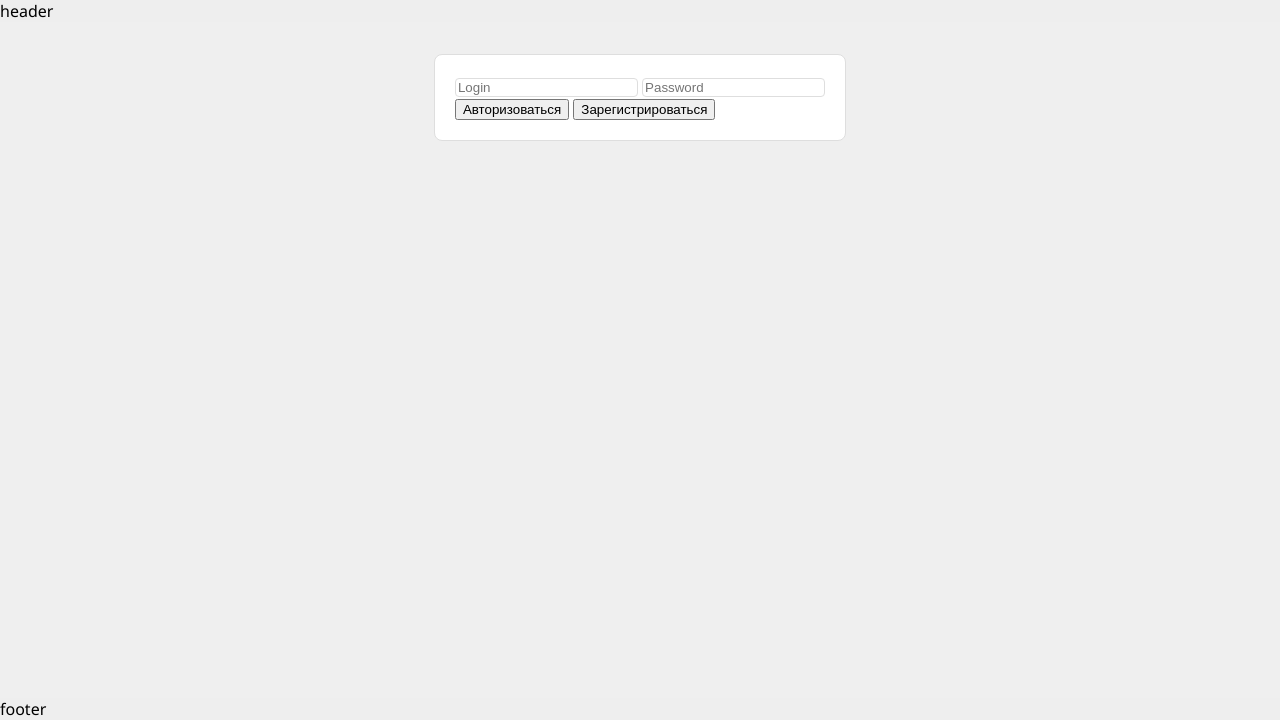
Repository: slep0y/fakeAuth
Page: index.html
The author's editor kept a copy of each file at every save. The page is drawn from the files as they stood at one save, then again after the next save.
The browser window is 1280 px wide. The pictures show the whole page.
The style sheet was rebuilt from its Sass, Less or Tailwind sources for each picture, by a compiler version that may differ from the author's.

Above is the page before, as saved 2025-01-19 18:04:35.

### index.html
<!DOCTYPE html>
<html lang="ru">
<head>
    <meta charset="UTF-8">
    <meta name="viewport" content="width=device-width, initial-scale=1.0">
    <!-- <link rel="stylesheet" href="./styles/special-style.css"> -->
    <link rel="stylesheet" href="/styles/style.css">
    <title>Document</title>
</head>
<body class="page">
    <header class="header">header</header>
    <main class="main">
        <section class="auth-section hidden">
            <div class="container">
                <div class="auth-section__inner">
                    <form action="*" class="form" id="authForm">
                        <div class="fieldgroup">
                            <input id="loginName" name="loginName" type="text" class="input" placeholder="Login">
                            <input id="loginPass" name="loginPass" type="password" class="input" placeholder="Password">
                        </div>
                        <div class="controls">
                            <button id="authButton" class="button">Авторизоваться</button>
                            <button id="regButton" class="button">Зарегистрироваться</button>
                        </div>
                    </form>
                </div>
            </div>
        </section>
        <section class="content hidden">
            <div class="container">
                <div class="content__inner">
                    <button id="exitButton" class="button">Выйти из профиля</button>
                    <h1>Приветствую</h1>
                </div>
            </div>
        </section>
    </main>
    <footer class="footer">footer</footer>

    <script src="./js/script.js"></script>
</body>
</html>

### js/script.js
let form = document.querySelector('#authForm'),
    authSection = document.querySelector('.auth-section'),
    content = document.querySelector('.content'),
    authButton = form.querySelector('#authButton'),
    regButton = form.querySelector('#regButton'),
    exitButton = document.querySelector('#exitButton'),
    loginName = form.querySelector('#loginName'),
    loginPass = form.querySelector('#loginPass');

function checkAuthData(){
    if(localStorage.getItem('authorize') && localStorage.getItem('userAuth')){
        let authName = localStorage.getItem('authorize'),
            usersBase = JSON.parse(localStorage.getItem('userAuth'));
        if(usersBase[authName]){
            content.classList.remove('hidden');
            authSection.classList.add('hidden');
            showMessage('Вы авторизованы как: ' + authName);
            cleanFields();
        }else{
            authSection.classList.remove('hidden');
            showMessage('Вы не авторизованы! Авторизуйтесь!');
        }
    }else{
        authSection.classList.remove('hidden');
        showMessage('Вы не авторизованы! Авторизуйтесь!');
    }
    cleanFields();
}

function authorize(e){
    e.preventDefault();
    let name = loginName.value,
        pass = loginPass.value;
    if(localStorage.getItem('userAuth')){
        let usersBase = JSON.parse(localStorage.getItem('userAuth'));
        if(usersBase[name] && pass == usersBase[name]['pass']){
            localStorage.setItem('authorize', name);
            checkAuthData();
        }else{
            showMessage('Неверные: Имя и Пароль');
        }
    }else{
        showMessage('Неверные: Имя и Пароль');
    }
}

function logout(e){
    e.preventDefault();
    localStorage.removeItem('authorize');
    showMessage('Вы вышли из профиля. Автризуйтесь!');
    content.classList.add('hidden');
    authSection.classList.remove('hidden');
}

function register(e){
    e.preventDefault();
    let name = loginName.value,
        pass = loginPass.value;
    if(name != '' && pass != ''){
        if(localStorage.getItem('userAuth')){
            let inBaseUserAuth = JSON.parse(localStorage.getItem('userAuth')),
                newUser = {
                    name: name,
                    pass: pass
                };
            inBaseUserAuth[name] = newUser;
            localStorage.setItem('userAuth', JSON.stringify(inBaseUserAuth));
            showMessage('Вы зарегистрированы! Авторизуйтесь!');
            cleanFields();
        }else{
            let newBaseUserAuth = {
                [name] : {
                    name: name,
                    pass: pass
                }
            };
            localStorage.setItem('userAuth', JSON.stringify(newBaseUserAuth));
            showMessage('Вы зарегистрированы! Авторизуйтесь!');
            cleanFields();
        }
    }
}

function showMessage(text){
    console.log(text);
}
function cleanFields(){
    loginName.value = '';
    loginPass.value = '';
}

checkAuthData();
authButton.onclick = authorize;
regButton.onclick = register;
exitButton.onclick = logout;

### styles/style.scss
@import "_base.scss";
@import "blocks/page/_page.scss";
@import "blocks/container/_container.scss";
@import "blocks/main/_main.scss";
@import "blocks/header/_header.scss";
@import "blocks/footer/_footer.scss";
@import "blocks/auth-section/_auth-section.scss";
@import "blocks/content/_content.scss";
@import "blocks/form/_form.scss";
@import "blocks/input/_input.scss";

### styles/_base.scss
:root{
    --segoe:'Segoe UI', Tahoma, Geneva, Verdana, sans-serif;
    --grey_lite: #dedede;
    --lite: #efefef;
}
body, html {
    margin: 0;
    padding: 0;
    height: 100%;
    font-family: var(--segoe);
}
*, *::after, *::before {
    box-sizing: border-box;
}
section{
    padding-block: 2rem;
}

### styles/blocks/page/_page.scss
.page{
    display: grid;
    grid-auto-rows: min-content auto min-content;
    background-color: var(--lite);
}

### styles/blocks/container/_container.scss
.container {
    width: 100%;
    margin-inline: auto;
    max-width: 1140px;
    padding-inline: 20px;
}

### styles/blocks/main/_main.scss
.main{

}

### styles/blocks/header/_header.scss
.header{
    background-color: #eee;
}

### styles/blocks/footer/_footer.scss
.footer{
    background-color: #eee;
}

### styles/blocks/auth-section/_auth-section.scss
.auth-section{
    display: block;
    &__inner{
        display: grid;
        justify-content: center;
    }
    &.hidden{
        display: none;
    }
}

### styles/blocks/content/_content.scss
.content{
    &.hidden{
        display: none;
    }
}

### styles/blocks/form/_form.scss
.form{
    max-width: 640px;
    display: grid;
    border: 1px solid var(--grey_lite);
    padding: 20px;
    border-radius: 8px;
    background-color: #fff;
    &.hidden{
        display: none;
    }
}

### styles/blocks/input/_input.scss
.input{
    border: 1px solid var(--grey_lite);
    border-radius: 4px;
}

After the next save:
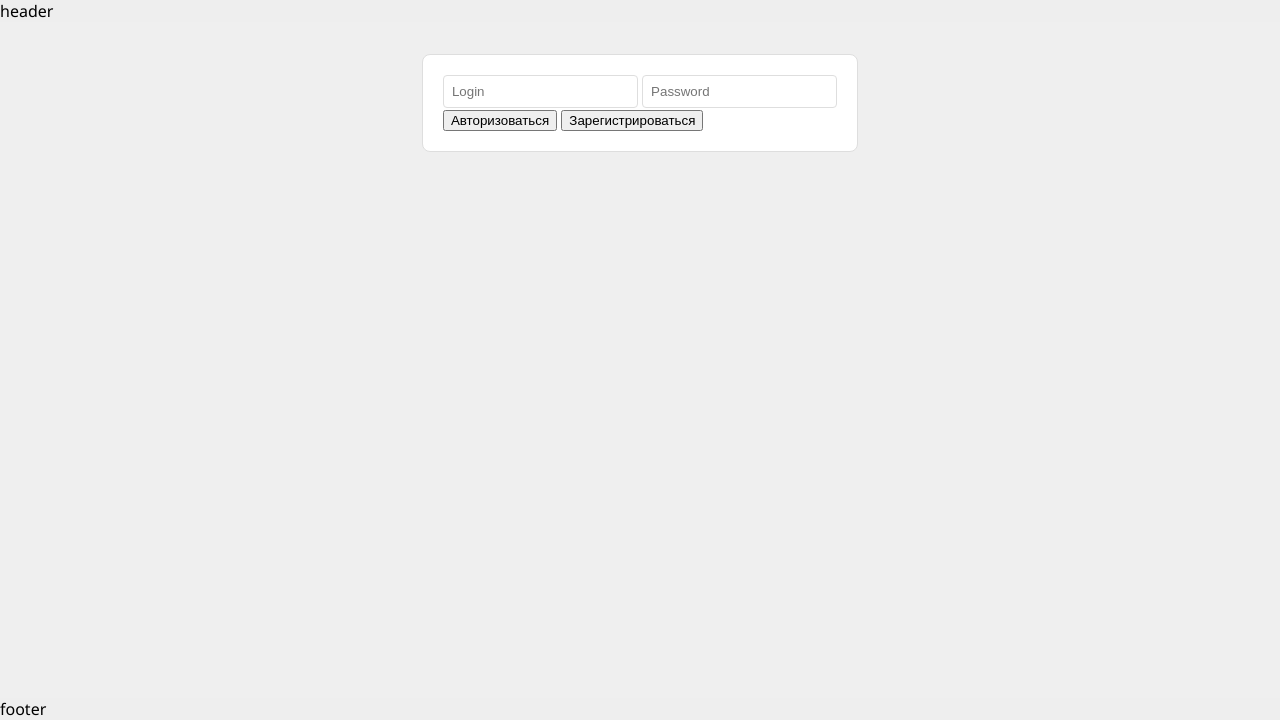
Saved 14 s later.
--- a/styles/blocks/input/_input.scss
+++ b/styles/blocks/input/_input.scss
@@ -1,4 +1,5 @@
 .input{
     border: 1px solid var(--grey_lite);
     border-radius: 4px;
+    padding: 8px;
 }
